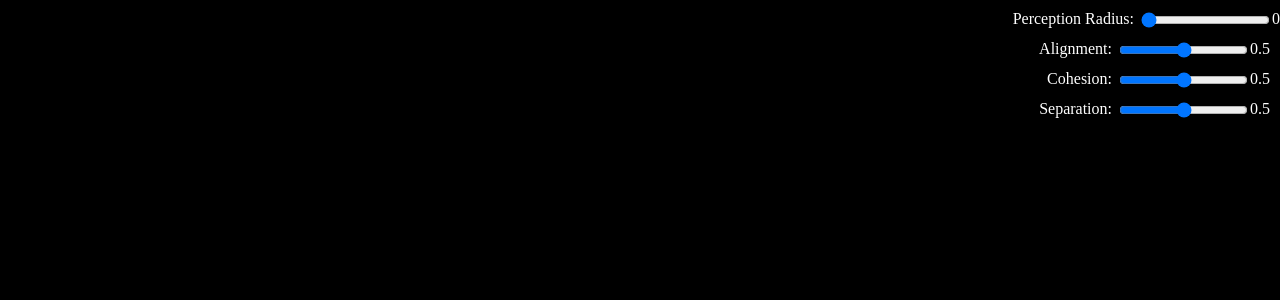
Repository: eltonsampaio12/boids
Page: index.html
An editor plug-in stored every save of this project. The page is shown before and after the next save, followed by the edit.
The browser window is 1280 px wide. The pictures show the whole page.

Above is the page before, as saved 2024-01-29 16:10:32.
Not found: main.ts

### index.html
<!DOCTYPE html>
<html lang="en">
  <head>
    <meta charset="utf-8" />
    <title>My first three.js app</title>
    <style>
      body {
        margin: 0;
        background-color: black;
      }
      .perceptionRadiusLabel,
      .alignmentLabel,
      .cohesionLabel,
      .separationLabel {
        color: white;
        margin-right: 5px;
      }

      .parameterParent {
        display: flex;
        justify-content: flex-end;
        margin-left: 10px;
        margin-top: 10px;
      }

      .parameterValue {
        color: white;
        margin-right: 10px;
      }

      span {
        color: white;
      }
    </style>
  </head>
  <body>
    <script type="module" src="/main.ts"></script>

    <div class="parameterParent">
      <label class="perceptionRadiusLabel" for="perceptionRadiusSlider"
        >Perception Radius:</label
      >
      <input
        type="range"
        id="perceptionRadiusSlider"
        min="1"
        max="100"
        value="1"
        step="1"
      />
      <span id="perceptionRadiusValue">0</span>
    </div>

    <div class="parameterParent">
      <label class="alignmentLabel" for="alignmentSlider">Alignment:</label>
      <input
        type="range"
        id="alignmentSlider"
        min="0"
        max="1"
        value="0.5"
        step="0.1"
      />
      <span class="parameterValue" id="alignmentValue">0.5</span>
    </div>

    <div class="parameterParent">
      <label class="cohesionLabel" for="cohesionSlider">Cohesion:</label>
      <input
        type="range"
        id="cohesionSlider"
        min="0"
        max="1"
        value="0.5"
        step="0.1"
      />
      <span class="parameterValue" id="cohesionValue">0.5</span>
    </div>

    <div class="parameterParent">
      <label class="separationLabel" for="separationSlider">Separation:</label>
      <input
        type="range"
        id="separationSlider"
        min="0"
        max="1"
        value="0.5"
        step="0.1"
      />
      <span class="parameterValue" id="separationValue">0.5</span>
    </div>
  </body>
</html>

After the next save:
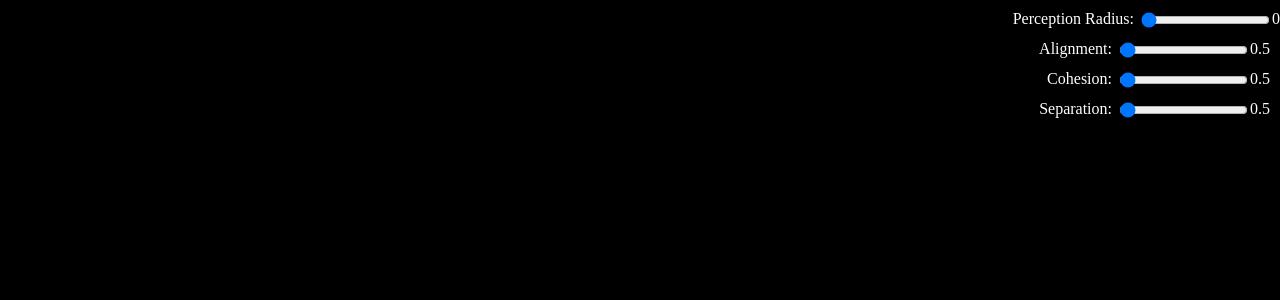
Saved 75 s later.
--- a/index.html
+++ b/index.html
@@ -57,7 +57,7 @@
         type="range"
         id="alignmentSlider"
         min="0"
-        max="1"
+        max="100"
         value="0.5"
         step="0.1"
       />
@@ -70,7 +70,7 @@
         type="range"
         id="cohesionSlider"
         min="0"
-        max="1"
+        max="100"
         value="0.5"
         step="0.1"
       />
@@ -83,7 +83,7 @@
         type="range"
         id="separationSlider"
         min="0"
-        max="1"
+        max="100"
         value="0.5"
         step="0.1"
       />
